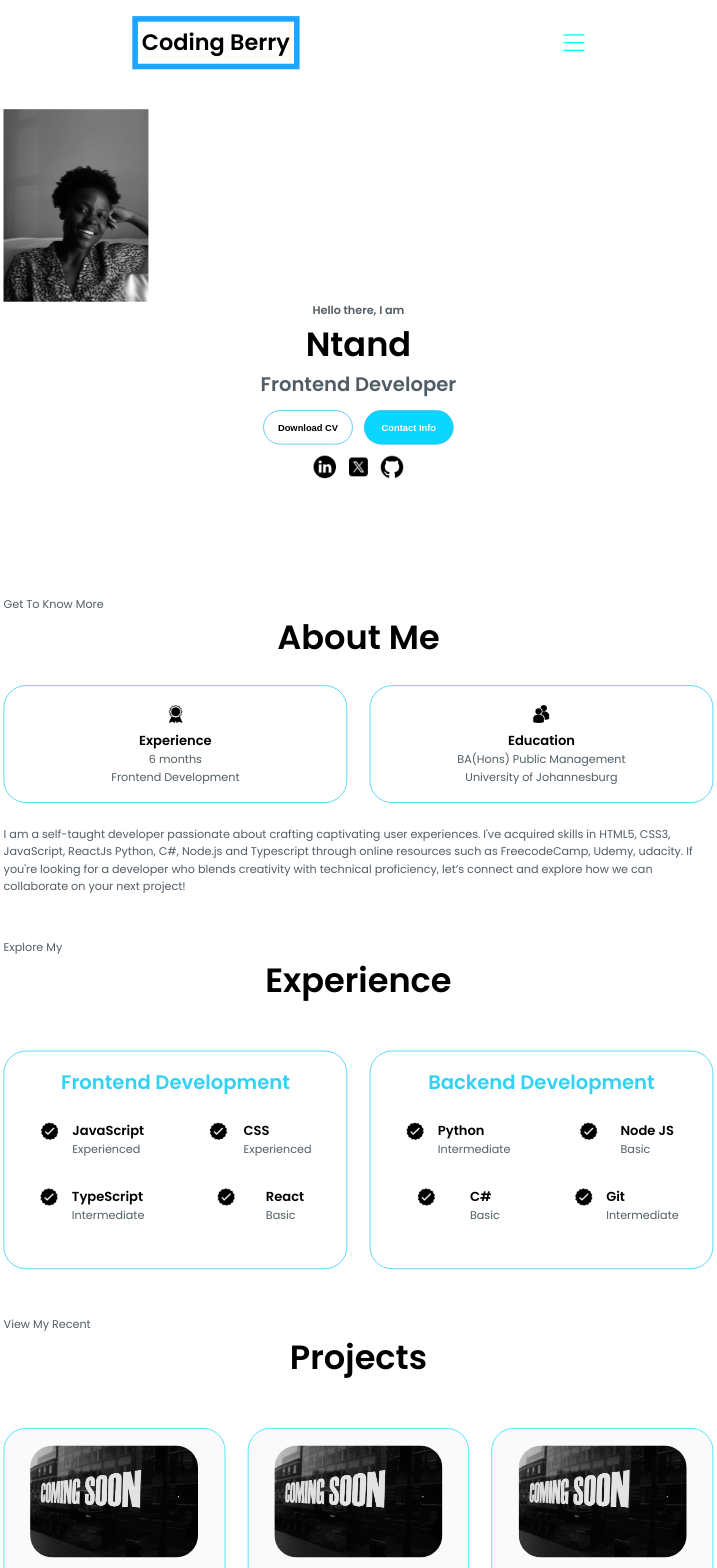
Repository: ntandomagana/FS-Dev-Portfolio
Page: index.html
These files come from the project's save history. The page is drawn as it stood at one moment and after a run of saves; the edit follows.
The browser window is 1024 px wide. The pictures show the part of the page from y = 0 to 2240 px (the page is 2882 px tall), at 70% of full size.

Above is the page before, as saved 2024-05-06 11:20:48.

### index.html
<!DOCTYPE html>
<html lang="en">
  <head>
    <meta charset="UTF-8" />
    <meta http-equiv="X-UA-Compatible" content="IE=edge" />
    <meta name="viewport" content="width=device-width, initial-scale=1.0" />
    <title>My Portfolio</title>
    <link rel="stylesheet" href="style.css" />
    <link rel="stylesheet" href="mediaqueries.css" />
  </head>
  <body>
    <nav id="desktop-nav">
      <div class="logo">Berry Codes</div>
      <div>
        <ul class="nav-links">
          <li><a href="#about">About</a></li>
          <li><a href="#experience">Skills</a></li>
          <li><a href="#projects">Projects</a></li>
          <li><a href="#contact">Contact</a></li>
        </ul>
      </div>
    </nav>
    <nav id="hamburger-nav">
      <div class="logo">Coding Berry</div>
      <div class="hamburger-menu">
        <div class="hamburger-icon" onclick="toggleMenu()">
          <span></span>
          <span></span>
          <span></span>
        </div>
        <div class="menu-links">
          <li><a href="#about" onclick="toggleMenu()">About</a></li>
          <li><a href="#experience" onclick="toggleMenu()">Skills</a></li>
          <li><a href="#projects" onclick="toggleMenu()">Projects</a></li>
          <li><a href="#contact" onclick="toggleMenu()">Contact</a></li>
        </div>
      </div>
    </nav>
    <section id="profile">
      <div class="section-pic-container">
        <img src="./assets/bwpp.jpg" alt="profile picture" />
      </div>
      <div class="section-text">
        <p class="section-text-p1">Hello there, I am</p>

        <h1 class="title"><span id="typed-text"></span></h1>

        <p class="section-text-p2">Frontend Developer</p>
        <div class="btn-container">
          <button
            class="btn btn-color-2"
            onclick="window.open('./assets/NP Magana - Web Developer.pdf')"
          >
            Download CV
          </button>
          <button class="btn btn-color-1" onclick="location.href='./#contact'">
            Contact Info
          </button>
        </div>
        <div id="socials-container">
          <img
            src="./assets/linkedin.png"
            alt="My LinkedIn profile"
            class="icon"
            onclick="location.href='https://www.linkedin.com/in/ntandoyenkosi-magana-/'"
          />

          <img
            src="./assets/icons8-twitterx-50.png"
            alt="My Github profile"
            class="icon"
            onclick="location.href='https://twitter.com/Sir_M_Charles'"
          />
          <img
            src="./assets/github.png"
            alt="My Github profile"
            class="icon"
            onclick="location.href='https://github.com/ntandomagana'"
          />
        </div>
      </div>
    </section>
    <section id="about">
      <p class="section__text__p1">Get To Know More</p>
      <h1 class="title">About Me</h1>
      <div class="section-container">
        <div class="about-details-container">
          <div class="about-containers">
            <div class="details-container">
              <img
                src="./assets/experience.png"
                alt="Experience icon"
                class="icon"
              />
              <h3>Experience</h3>
              <p>6 months <br />Frontend Development</p>
            </div>
            <div class="details-container">
              <img
                src="./assets/education.png"
                alt="Education icon"
                class="icon"
              />
              <h3>Education</h3>
              <p>BA(Hons) Public Management <br />University of Johannesburg</p>
            </div>
          </div>
          <div class="text-container">
            <p>
              I am a self-taught developer passionate about crafting captivating
              user experiences. I've acquired skills in HTML5, CSS3, JavaScript,
              ReactJs Python, C#, Node.js and Typescript through online
              resources such as FreecodeCamp, Udemy, udacity. If you're looking
              for a developer who blends creativity with technical proficiency,
              let’s connect and explore how we can collaborate on your next
              project!
            </p>
          </div>
        </div>
      </div>
      <img
        src="./assets/arrow.png"
        alt="Arrow icon"
        class="icon arrow"
        onclick="location.href='./#experience'"
      />
    </section>
    <section id="experience">
      <p class="section__text__p1">Explore My</p>
      <h1 class="title">Experience</h1>
      <div class="experience-details-container">
        <div class="about-containers">
          <div class="details-container">
            <h2 class="experience-sub-title">Frontend Development</h2>
            <div class="article-container">
              <article>
                <img
                  src="./assets/checkmark.png"
                  alt="Experience icon"
                  class="icon"
                />
                <div>
                  <h3>JavaScript</h3>
                  <p>Experienced</p>
                </div>
              </article>
              <article>
                <img
                  src="./assets/checkmark.png"
                  alt="Experience icon"
                  class="icon"
                />
                <div>
                  <h3>CSS</h3>
                  <p>Experienced</p>
                </div>
              </article>
              <article>
                <img
                  src="./assets/checkmark.png"
                  alt="Experience icon"
                  class="icon"
                />
                <div>
                  <h3>TypeScript</h3>
                  <p>Intermediate</p>
                </div>
              </article>
              <article>
                <img
                  src="./assets/checkmark.png"
                  alt="Experience icon"
                  class="icon"
                />
                <div>
                  <h3>React</h3>
                  <p>Basic</p>
                </div>
              </article>
              <article></article>
            </div>
          </div>
          <div class="details-container">
            <h2 class="experience-sub-title">Backend Development</h2>
            <div class="article-container">
              <article>
                <img
                  src="./assets/checkmark.png"
                  alt="Experience icon"
                  class="icon"
                />
                <div>
                  <h3>Python</h3>
                  <p>Intermediate</p>
                </div>
              </article>
              <article>
                <img
                  src="./assets/checkmark.png"
                  alt="Experience icon"
                  class="icon"
                />
                <div>
                  <h3>Node JS</h3>
                  <p>Basic</p>
                </div>
              </article>
              <article>
                <img
                  src="./assets/checkmark.png"
                  alt="Experience icon"
                  class="icon"
                />
                <div>
                  <h3>C#</h3>
                  <p>Basic</p>
                </div>
              </article>
              <article>
                <img
                  src="./assets/checkmark.png"
                  alt="Experience icon"
                  class="icon"
                />
                <div>
                  <h3>Git</h3>
                  <p>Intermediate</p>
                </div>
              </article>
            </div>
          </div>
        </div>
      </div>
      <img
        src="./assets/arrow.png"
        alt="Arrow icon"
        class="icon arrow"
        onclick="location.href='./#projects'"
      />
    </section>
    <section id="projects">
      <p class="section__text__p1">View My Recent</p>
      <h1 class="title">Projects</h1>
      <div class="experience-details-container">
        <div class="about-containers">
          <div class="details-container color-container">
            <div class="article-container">
              <img
                src="./assets/coming soon.jpg"
                alt="Project 1"
                class="project-img"
              />
            </div>
            <h2 class="experience-sub-title project-title">Project One</h2>
            <div class="btn-container">
              <button
                class="btn btn-color-2 project-btn"
                onclick="location.href='https://github.com/'"
              >
                Github
              </button>
            </div>
          </div>
          <div class="details-container color-container">
            <div class="article-container">
              <img
                src="./assets/coming soon.jpg"
                alt="Project 2"
                class="project-img"
              />
            </div>
            <h2 class="experience-sub-title project-title">Project Two</h2>
            <div class="btn-container">
              <button
                class="btn btn-color-2 project-btn"
                onclick="location.href='https://github.com/'"
              >
                Github
              </button>
            </div>
          </div>
          <div class="details-container color-container">
            <div class="article-container">
              <img
                src="./assets/coming soon.jpg"
                alt="Project 3"
                class="project-img"
              />
            </div>
            <h2 class="experience-sub-title project-title">Project Three</h2>
            <div class="btn-container">
              <button
                class="btn btn-color-2 project-btn"
                onclick="location.href='https://github.com/'"
              >
                Github
              </button>
            </div>
          </div>
        </div>
      </div>
      <img
        src="./assets/arrow.png"
        alt="Arrow icon"
        class="icon arrow"
        onclick="location.href='./#contact'"
      />
    </section>
    <section id="contact">
      <p class="section__text__p1">Get in Touch</p>
      <h1 class="title">Contact Me</h1>
      <div class="contact-info-upper-container">
        <div class="contact-info-container">
          <img
            src="./assets/email.png"
            alt="Email icon"
            class="icon contact-icon email-icon"
          />
          <p>
            <a href="mailto:ntandomagana@gmail.com">ntandomagana@gmail.com</a>
          </p>
        </div>
        <div class="contact-info-container">
          <img
            src="./assets/linkedin.png"
            alt="LinkedIn icon"
            class="icon contact-icon"
          />
          <p><a href="https://www.linkedin.com">LinkedIn</a></p>
        </div>
      </div>
    </section>
    <footer>
      <nav>
        <div class="nav-links-container">
          <ul class="nav-links">
            <li><a href="#about">About</a></li>
            <li><a href="#experience">Skills</a></li>
            <li><a href="#projects">Projects</a></li>
            <li><a href="#contact">Contact</a></li>
          </ul>
        </div>
      </nav>
      <p>Copyright &#169; 2023 Ntando Magana. All Rights Reserved.</p>
    </footer>
    <script src="script.js"></script>
  </body>
</html>

### style.css
@import url("https://fonts.googleapis.com/css2?family=Poppins:wght@300;400;500;600&display=swap");

* {
  margin: 0;
  padding: 0;
}

body {
  font-family: "Poppins", sans-serif;
}

html {
  scroll-behavior: smooth;
}

p {
  color: #515d65;
}

section {
  margin-bottom: 2px;
}

a,
.btn {
  transition: all 300ms ease;
}

nav,
.nav-links {
  display: flex;
}

nav {
  justify-content: space-around;
  align-items: center;
  height: 17vh;
}

.nav-links {
  gap: 2rem;
  list-style-type: none;
  font-size: 1.5rem;
}

a {
  color: rgb(11, 202, 240);
  text-decoration: underline;
  text-underline-offset: 0.8rem;
  text-decoration-color: rgb(51, 169, 237);
}

.logo {
  font-size: 2rem;
}

.logo:hover {
  cursor: default;
}

#hamburger-nav {
  display: none;
}

.hamburger-menu {
  position: relative;
  display: inline-block;
}

.hamburger-icon {
  display: flex;
  flex-direction: column;
  justify-content: space-between;
  height: 24px;
  width: 30px;
  cursor: pointer;
}



.hamburger-icon span {
  width: 100%;
  height: 2px;
  background-color: rgb(9, 255, 255);
  transition: all 0.3 ease-in-out;
}

.menu-links {
  position: absolute;
  top: 100%;
  right: 0;
  background-color: white;
  width: fit-content;
  max-height: 0;
  overflow: hidden;
  transition: all 0.3 ease-in-out;
}

.menu-links a {
  display: block;
  padding: 10px;
  text-align: center;
  font-size: 1.5rem;
  color: rgb(15, 224, 231);
  text-decoration: none;
  transition: all 0.3 ease-in-out;
}

.menu-links li {
  list-style-type: none;
}

.menu-links.open {
  max-height: 300px;
}

.hamburger-icon.open span:first-child {
  transform: rotate(45deg) translate(10px, 5px);
}

.hamburger-icon.open span:nth-child(2) {
  opacity: 0;
}

.hamburger-icon.open span:last-child {
  transform: rotate(-45deg) translate(10px, -5px);
}

.hamburger-icon span:first-child {
  transform: none;
}

.hamburger-icon span:first-child {
  opacity: 1;
}

.hamburger-icon span:first-child {
  transform: none;
}

section {
  padding-top: 4vh;
  height: 96vh;
  margin: 0 10rem;
  box-sizing: border-box;
  min-height: fit-content;
}

.section-container {
  display: flex;
}

#profile {
  display: flex;
  justify-content: center;
  gap: 5rem;
  height: 80vh;
}

.section-pic-container {
  display: flex;
  height: 400px;
  width: 400px;
  margin: auto 0;
}

.section-text {
  align-self: center;
  text-align: center;
}

.section-text p {
  font-weight: 600;
}

.section-text-p1 {
  text-align: center;
}

.section-text-p2 {
  font-size: 1.75rem;
  margin-bottom: 1rem;
}

.title {
  font-size: 3rem;
  text-align: center;
}

#socials-container {
  display: flex;
  justify-content: center;
  margin-top: 1rem;
  gap: 1rem;
}

.icon {
  cursor: pointer;
  height: 2rem;
}

/* BUTTONS */

.btn-container {
  display: flex;
  justify-content: center;
  gap: 1rem;
}

.btn {
  font-weight: 600;
  transition: all 300ms ease;
  padding: 1rem;
  width: 8rem;
  border-radius: 2rem;
}

.btn-color-1,
.btn-color-2 {
  border: rgb(43, 182, 241) 0.1rem solid;
}

.btn-color-1:hover,
.btn-color-2:hover {
  cursor: pointer;
}

.btn-color-1,
.btn-color-2:hover {
  background: rgb(11, 214, 255);
  color: white;
}

.btn-color-1:hover {
  background: rgb(83, 215, 232);
}

.btn-color-2 {
  background: none;
}

.btn-color-2:hover {
  border: rgb(26, 210, 243) 0.2rem solid;
}

.btn-container {
  gap: 1rem;
}

/* ABOUT SECTION */

#about {
  position: relative;
}

.about-containers {
  gap: 2rem;
  margin-bottom: 2rem;
  margin-top: 2rem;
}

.about-details-container {
  justify-content: center;
  flex-direction: column;
}

.about-containers,
.about-details-container {
  display: flex;
}

.arrow {
  position: absolute;
  right: -5rem;
  bottom: 2.5rem;
}

.details-container {
  padding: 1.5rem;
  flex: 1;
  background: white;
  border-radius: 2rem;
  border: rgb(34, 174, 239) 0.1rem solid;
  border-color: rgb(28, 197, 249);
  text-align: center;
}

.section-container {
  gap: 4rem;
  height: 80%;
}

.section__pic-container {
  height: 400px;
  width: 400px;
  margin: auto 0;
}

/* EXPERIENCE SECTION */

#experience {
  position: relative;
}

.experience-sub-title {
  color: rgb(48, 210, 246);
  font-weight: 600;
  font-size: 1.75rem;
  margin-bottom: 2rem;
}

.experience-details-container {
  display: flex;
  justify-content: center;
  flex-direction: column;
}

.article-container {
  display: flex;
  text-align: initial;
  flex-wrap: wrap;
  flex-direction: row;
  gap: 2.5rem;
  justify-content: space-around;
}

article {
  display: flex;
  width: 10rem;
  justify-content: space-around;
  gap: 0.5rem;
}

article .icon {
  cursor: default;
}

/* PROJECTS SECTION */

#projects {
  position: relative;
}

.color-container {
  border-color: rgb(21, 220, 255);
  background: rgb(250, 250, 250);
}

.project-img {
  border-radius: 2rem;
  width: 90%;
  height: 90%;
}

.project-title {
  margin: 1rem;
  color: #00bbf0;
}

.project-btn {
  color: #00bbf0;
  border-color: rgb(18, 217, 252);
}

/* CONTACT */

#contact {
  display: flex;
  justify-content: center;
  flex-direction: column;
  height: 70vh;
}

.contact-info-upper-container {
  display: flex;
  justify-content: center;
  border-radius: 2rem;
  border: rgb(16, 220, 242) 0.1rem solid;
  border-color: rgb(19, 211, 250);
  background: (250, 250, 250);
  margin: 2rem auto;
  padding: 0.5rem;
}

.contact-info-container {
  display: flex;
  align-items: center;
  justify-content: center;
  gap: 0.5rem;
  margin: 1rem;
}

.contact-info-container p {
  font-size: larger;
}

.contact-icon {
  cursor: default;
}

.email-icon {
  height: 2.5rem;
}

footer {
  height: 26vh;
  margin: 0 1rem;
}

footer p {
  text-align: center;
}

/* Add this CSS to your existing style.css or create a new style tag in the head of your HTML */

/* Bold, underline, and bubble effect for the logo */
.logo {
  font-weight: bold;
  text-decoration: wavy;
  display: inline-block;
  position: relative;
  border: 8px solid #1ea5ff; /* Adjust the border thickness and color as needed */
  padding: 6px; /* Adjust the padding as needed */
}

.logo::after {
  content: "";
  position: absolute;
  width: 100%;
  height: 0;
  bottom: 0;
  left: 0;
  opacity: 0;
  border-bottom: 2px solid #fff;
  animation: bubble 0.5s infinite ease-in-out;
}

@keyframes bubble {
  0% {
    height: 0;
    opacity: 0;
  }
  50% {
    height: 100%;
    opacity: 1;
  }
  100% {
    height: 0;
    opacity: 0;
  }
}

### mediaqueries.css
@media screen and (max-width: 1400px) {
    #profile {
        height: 83vh;
        margin-bottom: 6rem;
    }

    .about-containers {
        flex-wrap: wrap;
    }

    #contact,
    #projects {
        height: fit-content;
    }
}

@media screen and (max-width: 1200px) {
    #desktop-nav {
        display: none;
    }

    #hamburger-nav {
        display: flex;
    }

    #experience,
    .experience-details-container {
        margin-top: 2rem;

    }

    #profile,
    .section-container {
        display: block;
    }

    .arrow {
        display: none;
    }

    section,
    .section-container {
        height: fit-content;
    }

    section {
        margin: 0.5%;
    }

    .section-pic-container {
        width: 27spx;
        height: 275px;
    }
}

### script.js
function toggleMenu() {
  const menu = document.querySelector(".menu-links");
  const icon = document.querySelector(".hamburger-icon");
  menu.classList.toggle("open");
  icon.classList.toggle("open");
}

//Javascript for looped typing effect
const typedText = document.getElementById("typed-text");
const textToType = 'Ntando Magana';

function typeText() {
  let index = 0;

  function type() {
    if (index < textToType.length) {
      typedText.innerHTML += textToType.charAt(index);
      index++;
      setTimeout(type, 200); // typing speed in milliseconds
    } else {
      setTimeout(erase, 300); // wait before erasing
    }
  }

  function erase() {
    if (typedText.innerHTML.length > 0) {
      typedText.innerHTML = typedText.innerHTML.slice(0, -1);
      setTimeout(erase, 300); //erasing speed in ms
    } else {
      index = 0; //Reset index for next typing cycle
      setTimeout(type, 200); // wait before typing again
    }
  }

  type(); // start typing
}

window.onload = typeText;

After the next 3 saves:
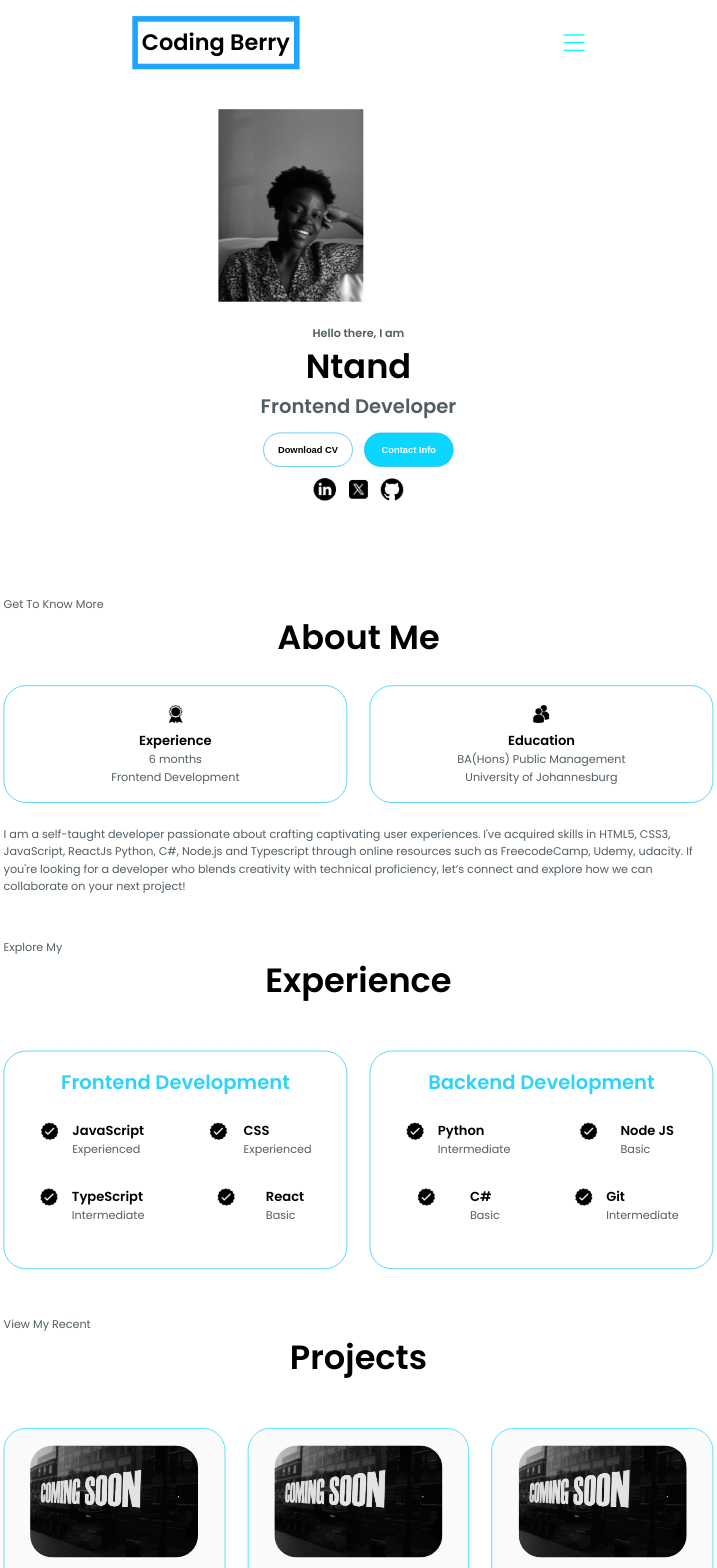
The 3 saves are shown as one change because they came seconds apart.
The last was saved 11 s later.
--- a/mediaqueries.css
+++ b/mediaqueries.css
@@ -50,5 +50,6 @@
     .section-pic-container {
         width: 27spx;
         height: 275px;
+        margin: 0 auto 2rem;
     }
 }
